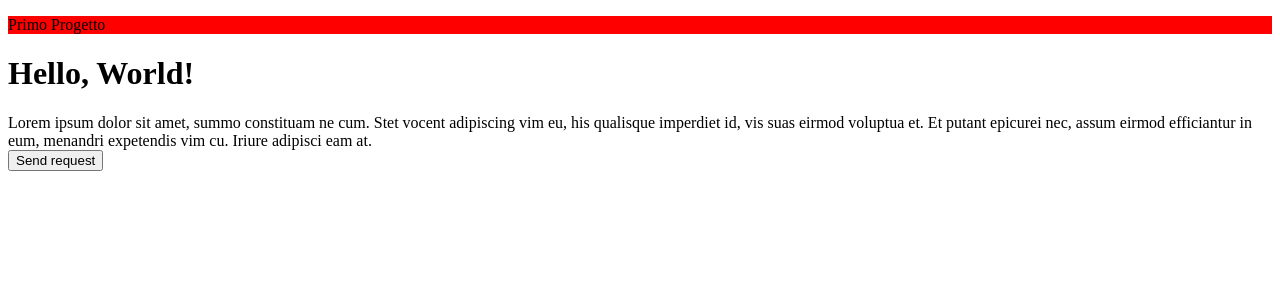
Repository: AndreaGuastaferro/Repository_Andrea_Guastaferro_Front
Page: cartella_html/NUOVO_HTML/ProgettoFinale.html
An editor plug-in stored every save of this project. The page is shown before and after the next save, followed by the edit.
The browser window is 1280 px wide. The pictures show the whole page.

Above is the page before, as saved 2018-10-22 15:46:28.

### cartella_html/NUOVO_HTML/ProgettoFinale.html
<!DOCTYPE html>
<html>
<head>
<meta charset="ISO-8859-1">
<title>Insert title here</title>
<link rel="stylesheet" type="text/css" href="ProgettoFinale.css">
</head>
<body>
	<header >
	<p id="head"> Primo Progetto</p>
	</header>

	 <div class="Projecthero">
	 	<div class="TextHero">
	 		<h1>Hello, World!</h1>
	 		<article class ="articolo"></article>
	 		Lorem ipsum dolor sit amet, summo constituam ne cum.
	 		Stet vocent adipiscing vim eu, his qualisque imperdiet id, vis suas eirmod voluptua et.
	 		Et putant epicurei nec, assum eirmod efficiantur in eum, menandri expetendis vim cu. Iriure adipisci eam at.
	 		<form>
					  <div>
					    <input type="submit" value="Send request">
					  </div>
			</form>
	 	</div>
	 </div>
</body>
</html>

### cartella_html/NUOVO_HTML/ProgettoFinale.css
@charset "ISO-8859-1";

body{
	margin 0;
}

header {
	background-color: #FF0000;
  	height:5%;
}

head{
background-color: white;
}

After the next save:
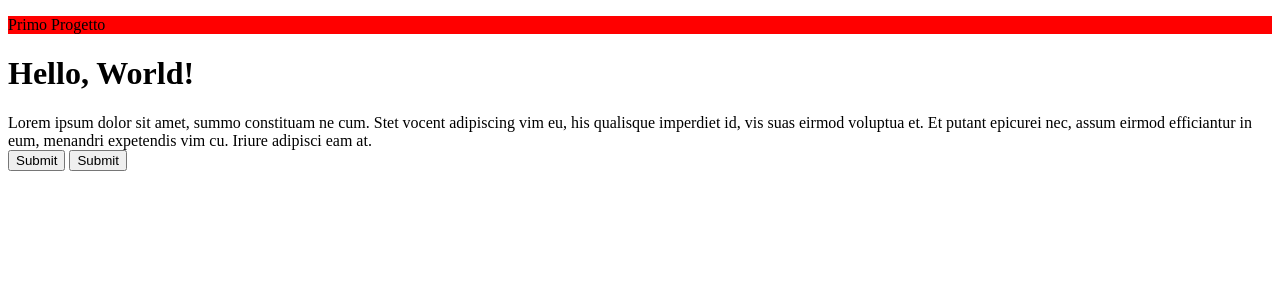
Saved 3 min 27 s later.
--- a/cartella_html/NUOVO_HTML/ProgettoFinale.html
+++ b/cartella_html/NUOVO_HTML/ProgettoFinale.html
@@ -19,7 +19,8 @@
 	 		Et putant epicurei nec, assum eirmod efficiantur in eum, menandri expetendis vim cu. Iriure adipisci eam at.
 	 		<form>
 					  <div>
-					    <input type="submit" value="Send request">
+					    <input type="submit" src="C:\Users\soprasteria\Desktop\progettofinale_imm1.png">
+					    <input type="submit" src="C:\Users\soprasteria\Desktop\progettofinale_imm2.png">
 					  </div>
 			</form>
 	 	</div>
